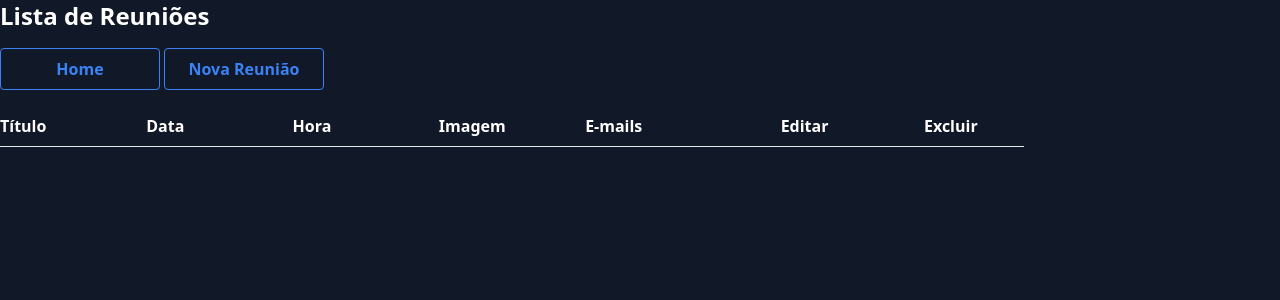
Repository: TamiBeira/meeting
Page: /meetings
The author's editor kept a copy of each file at every save. The page is drawn from the files as they stood at one save, then again after the next save.
The browser window is 1280 px wide. The pictures show the whole page.
The project was rebuilt for these pictures with package versions that can differ from the ones it lists, and the page was loaded fresh each time. Also part of the build but not shown: vite.config.ts, src/contexts/FormContext.tsx, src/components/Form.tsx, src/components/HomePage.tsx.

Above is the page before, as saved 2024-02-27 00:42:52.

### index.html
<!doctype html>
<html lang="pt">
  <head>
    <meta charset="UTF-8" />
    <meta name="viewport" content="width=device-width, initial-scale=1.0" />
    <title>Meeting</title>
  </head>
  <body>
    <div id="root"></div>
    <script type="module" src="/src/main.tsx"></script>
  </body>
</html>

### src/app.tsx
import { BrowserRouter as Router, Routes, Route } from 'react-router-dom';
import { FormProvider } from './contexts/FormContext';
import { MeetingsProvider } from './contexts/MeetingsContext';
import { Form } from './components/Form';
import { MeetingsView } from './components/MeetingsView';
import { HomePage } from './components/HomePage';

export const App = () => {
  return (
    <Router>
      <Routes>
        <Route path="/" element={<HomePage />} />
        <Route path="/form" element={<FormProvider><Form /></FormProvider>} />
        <Route path="/meetings" element={<MeetingsProvider><MeetingsView /></MeetingsProvider>} />
      </Routes>
    </Router>
  );
};

### src/contexts/MeetingsContext.tsx
import React, { createContext, useState, useEffect, useContext } from 'react';
import { toast } from 'react-toastify';

export interface Meeting {
  title: string;
  data: string;
  hora: string;
  imagem?: string;
  imagemPath?: string;
  emails: string[];
}

interface MeetingsContextType {
  meetings: Meeting[];
  editableIndex: number | null;
  editedMeeting: Meeting;
  handleEdit: (index: number) => void;
  handleSave: () => void;
  handleDelete: (index: number) => void;
  handleInputChange: (event: React.ChangeEvent<HTMLInputElement>, key: string) => void;
}

interface MeetingContextProviderProps {
  children: React.ReactNode;
}

const MeetingsContext = createContext<MeetingsContextType | undefined>(undefined);

export const useMeetingsContext = () => {
  const context = useContext(MeetingsContext);
  if (!context) {
    throw new Error('useMeetingsContext must be used within a MeetingsProvider');
  }
  return context;
};

export const MeetingsProvider: React.FC<MeetingContextProviderProps> = ({ children }) => {
  const [meetings, setMeetings] = useState<Meeting[]>([]);
  const [editableIndex, setEditableIndex] = useState<number | null>(null);
  const [editedMeeting, setEditedMeeting] = useState<Meeting>({
    title: '',
    data: '',
    hora: '',
    emails: [],
  });

  useEffect(() => {
    const storedMeetings = localStorage.getItem('meetingData');
    if (storedMeetings) {
      setMeetings(JSON.parse(storedMeetings));
    }
  }, []);

  const handleEdit = (index: number) => {
    setEditableIndex(index);
    setEditedMeeting(meetings[index]);
  };

  const handleSave = () => {
    if (editableIndex === null) return;

    const updatedMeetings = [...meetings];
    updatedMeetings[editableIndex] = editedMeeting;
    setMeetings(updatedMeetings);
    localStorage.setItem('meetingData', JSON.stringify(updatedMeetings));
    setEditableIndex(null);
    setEditedMeeting({
      title: '',
      data: '',
      hora: '',
      emails: [],
    });
    toast.success('Reunião salva com sucesso!');
  };

  const handleDelete = (index: number) => {
    const confirmDelete = window.confirm('Tem certeza que deseja excluir esta reunião?');
    if (confirmDelete) {
      const updatedMeetings = [...meetings];
      updatedMeetings.splice(index, 1);
      setMeetings(updatedMeetings);
      localStorage.setItem('meetingData', JSON.stringify(updatedMeetings));
      toast.success('Reunião excluída com sucesso!');
    }
  };

  const handleInputChange = (event: React.ChangeEvent<HTMLInputElement>, key: string) => {
    setEditedMeeting({ ...editedMeeting, [key]: event.target.value });
  };

  const contextValue: MeetingsContextType = {
    meetings,
    editableIndex,
    editedMeeting,
    handleEdit,
    handleSave,
    handleDelete,
    handleInputChange,
  };

  return (
    <MeetingsContext.Provider value={contextValue}>
      {children}
    </MeetingsContext.Provider>
  );
};

### src/components/MeetingsView.tsx
import React from 'react';
import { Link } from 'react-router-dom';
import { ToastContainer } from 'react-toastify';
import { FaEdit, FaTrash } from 'react-icons/fa';
import { useMeetingsContext } from '../contexts/MeetingsContext';

export const MeetingsView: React.FC = () => {
  const {
    meetings,
    editableIndex,
    editedMeeting,
    handleEdit,
    handleSave,
    handleDelete,
    handleInputChange,
  } = useMeetingsContext();

  const handleImageChange = (e: React.ChangeEvent<HTMLInputElement>) => {
    const file = e.target.files && e.target.files[0];
    if (file) {
      const reader = new FileReader();
      reader.onloadend = () => {
        const imageDataUrl = reader.result as string;
        handleInputChange({ target: { value: imageDataUrl } } as React.ChangeEvent<HTMLInputElement>, 'imagem');
      };
      reader.readAsDataURL(file);
    }
  };

  return (
    <div className="flex-col items-center bg-gray-900 h-screen">
      <h2 className="text-2xl text-white font-bold mb-4">Lista de Reuniões</h2>
      <div className="mt-4 mb-4">
        <Link to="/" className="w-40 mr-1 inline-block text-center border border-solid border-blue-500 text-blue-500 font-bold px-4 py-2 rounded">Home</Link>
        <Link to="/form" className="w-40 inline-block text-center border border-solid border-blue-500 text-blue-500 font-bold mr-2 px-4 py-2 rounded">Nova Reunião</Link>
      </div>
      <ul>
        <li className="border-b border-gray-200 py-2 flex sm:flex-row font-semibold max-w-5xl">
          <div className="w-1/5 text-white">Título</div>
          <div className="w-1/5 text-white">Data</div>
          <div className="w-1/5 text-white">Hora</div>
          <div className="w-1/5 text-white">Imagem</div>
          <div className="w-1/5 text-white">E-mails</div>
          <div className="w-1/5 text-white text-center">Editar</div>
          <div className="w-1/5 text-white text-center">Excluir</div>
        </li>
        {meetings.map((meeting, index) => (
          <li key={index} className="max-w-5xl border-b border-gray-200 py-4 flex flex-col sm:flex-row justify-center items-center">
            {editableIndex === index ? (
              <>
                <input
                  type="text"
                  value={editedMeeting.title}
                  onChange={(e) => handleInputChange(e, 'title')}
                  className="mb-2 sm:mb-0 mr-4 px-4 py-2 border rounded-md shadow-sm focus:outline-none focus:ring-blue-500 focus:border-blue-500 max-w-28"
                  placeholder="Título"
                />
                <input
                  type="date"
                  value={editedMeeting.data}
                  onChange={(e) => handleInputChange(e, 'data')}
                  className="mb-2 sm:mb-0 mr-4 px-4 py-2 border rounded-md shadow-sm focus:outline-none focus:ring-blue-500 focus:border-blue-500"
                />
                <input
                  type="time"
                  value={editedMeeting.hora}
                  onChange={(e) => handleInputChange(e, 'hora')}
                  className="mb-2 sm:mb-0 mr-4 px-4 py-2 border rounded-md shadow-sm focus:outline-none focus:ring-blue-500 focus:border-blue-500"
                />
                <div className="flex items-center w-1/5">
                  <input
                    type="file"
                    accept="image/*"
                    onChange={handleImageChange}
                    className="hidden"
                    id="input-image"
                  />
                  <label htmlFor="input-image" className="cursor-pointer mr-2 underline text-blue-500">Escolher outra imagem</label>
                  {editedMeeting.imagem && (
                    <img src={editedMeeting.imagem} alt="Imagem da reunião" className="max-w-xs h-12" />
                  )}
                </div>
                <input
                  type="text"
                  value={editedMeeting.emails.join(', ')}
                  onChange={(e) => handleInputChange(e, 'emails')}
                  className="mb-2 sm:mb-0 mr-4 px-4 py-2 border rounded-md shadow-sm focus:outline-none focus:ring-blue-500 focus:border-blue-500 w-64"
                  placeholder="E-mails"
                />
                <div>
                  <button
                    onClick={handleSave}
                    className="bg-green-500 hover:bg-green-700 text-white font-bold py-2 px-4 mr-2 rounded"
                  >
                    Salvar
                  </button>
                </div>
              </>
            ) : (
              <>
                <div className="w-1/5 text-white">{meeting.title}</div>
                <div className="w-1/5 text-white">{meeting.data}</div>
                <div className="w-1/5 text-white">{meeting.hora}</div>
                <div className="w-1/5 text-white">
                  <img src={meeting.imagem} alt="Imagem da reunião" width={50} height={50}/>
                </div>
                <div className="w-1/5 text-white">{Array.isArray(meeting.emails) ? meeting.emails.join(', ') : ''}</div>
                <div className="w-1/5 text-center text-white">
                  <button
                    onClick={() => handleEdit(index)}
                    className="text-blue-500 font-bold"
                  >
                    <FaEdit className="inline-block mr-1" />
                  </button>
                </div>
                <div className='w-1/5 justify-center text-center'>
                  <button
                    onClick={() => handleDelete(index)}
                    className="text-red-500 font-bold"
                  >
                    <FaTrash className="inline-block mr-1" />
                  </button>
                </div>
              </>
            )}
          </li>
        ))}
      </ul>
      <ToastContainer />
    </div>
  );
};

### tailwind.config.js
/** @type {import('tailwindcss').Config} */
export default {
  content: [
    "./index.html",
    "./src/**/*.tsx",
  ],
  theme: {
    extend: {},
  },
  plugins: [],
}

Loaded but not shown: src/main.tsx (common file); src/index.css (common file)

After the next save:
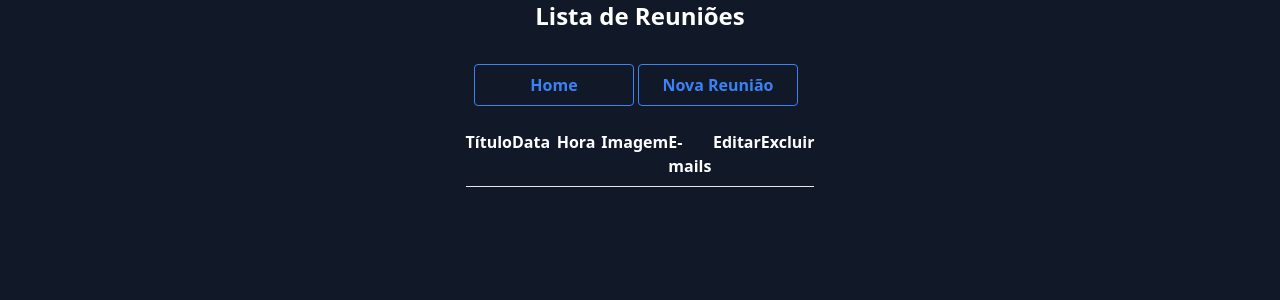
Saved 99 s later.
--- a/src/components/MeetingsView.tsx
+++ b/src/components/MeetingsView.tsx
@@ -28,7 +28,7 @@ export const MeetingsView: React.FC = () => {
   };
 
   return (
-    <div className="flex-col items-center bg-gray-900 h-screen">
+<div className="flex flex-col items-center bg-gray-900 h-screen mx-auto">
       <h2 className="text-2xl text-white font-bold mb-4">Lista de Reuniões</h2>
       <div className="mt-4 mb-4">
         <Link to="/" className="w-40 mr-1 inline-block text-center border border-solid border-blue-500 text-blue-500 font-bold px-4 py-2 rounded">Home</Link>
